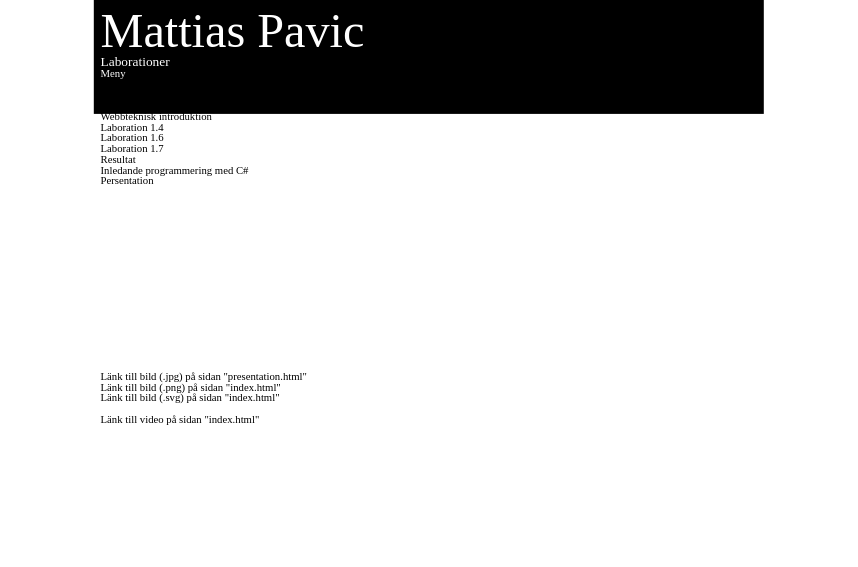
Repository: mp222sf/1ik415-laborationer
Page: pages/laborationer.html
The author's editor kept a record of every edit. The page is drawn from the files as they stood at one moment, then again after the next edit.
The browser window is 1280 px wide. The pictures show the whole page, at 67% of full size.

Above is the page before.

After the next edit:
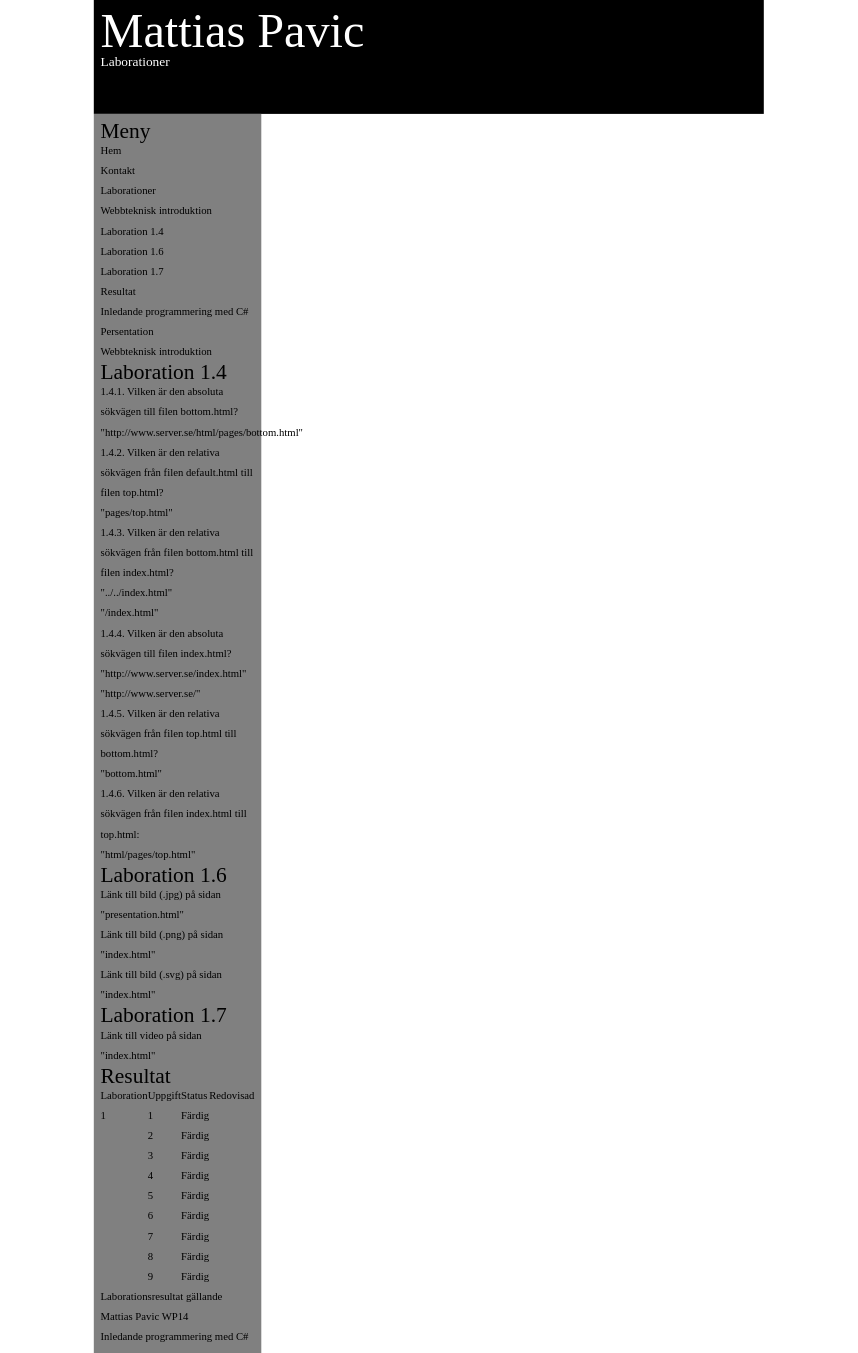
The edit:
--- a/pages/laborationer.html
+++ b/pages/laborationer.html
@@ -10,7 +10,8 @@
             <div id="header">
                 <h1>Mattias Pavic</h1>
                 <h3>Laborationer</h3>
-
+            </div>
+            <div id="navigation">
                 <h4>Meny</h4>
                 <a href="../index.html">Hem</a><br>
                 <a href="kontakt.html">Kontakt</a><br>
